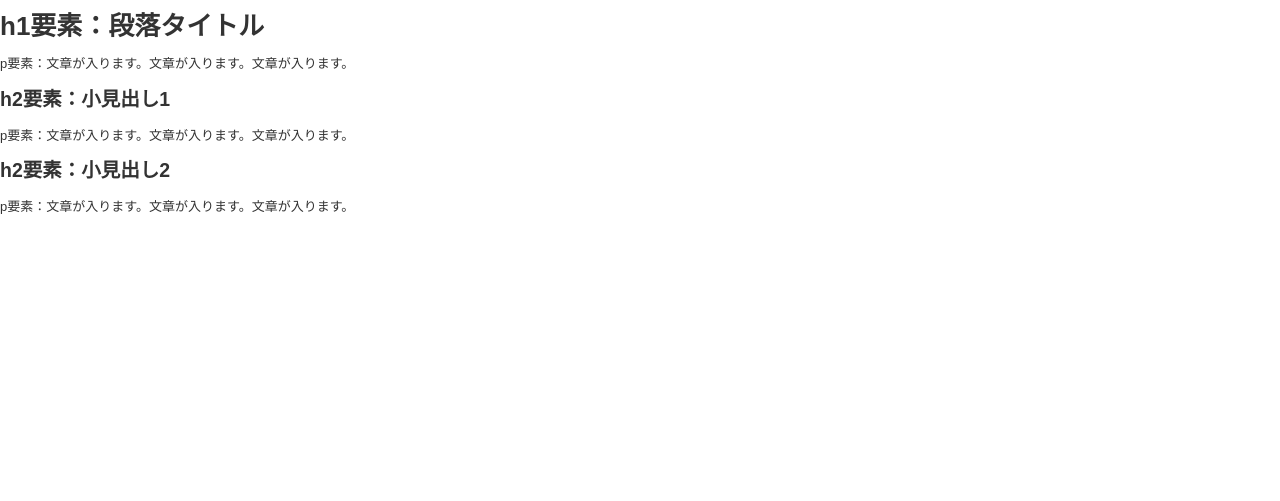
Repository: Miya0223/samurai_HTML-CSS
Page: index.html
The author's editor kept a record of every edit. The page is drawn from the files as they stood at one moment, then again after the next edit.
The browser window is 1280 px wide. The pictures show the whole page.

Above is the page before.

After the next edit:
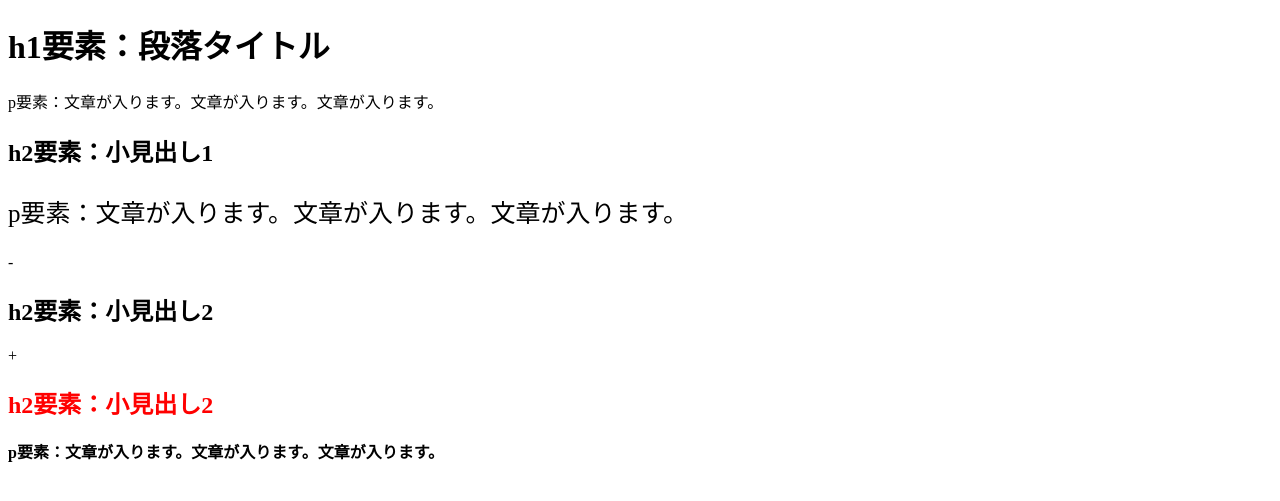
The edit:
--- a/index.html
+++ b/index.html
@@ -3,17 +3,22 @@
   <head>
     <meta charset="UTF-8">
     <title>HTML/CSSの学習</title>
-    <link rel="stylesheet" href="stylesheet.css">
+    <style>
+       #red {
+         color: red;
+       }
+    </style>
   </head>
   <body>
-    <h1 class="blue">h1要素：段落タイトル</h1>
+    <h1>h1要素：段落タイトル</h1>
     <p>p要素：文章が入ります。文章が入ります。文章が入ります。</p>
-    <h2 class="blue">h2要素：小見出し1</h2>
-    <p class="fs-25">
+    <h2>h2要素：小見出し1</h2>
+    <p style="font-size: 25px;">
       p要素：文章が入ります。文章が入ります。文章が入ります。
     </p>
-    <h2 id="red">h2要素：小見出し2</h2>
-    <p class="fw-bold">
+-    <h2>h2要素：小見出し2</h2>
++    <h2 id="red">h2要素：小見出し2</h2>
+    <p style="font-weight: bold;">
       p要素：文章が入ります。文章が入ります。文章が入ります。
     </p>
   </body>
